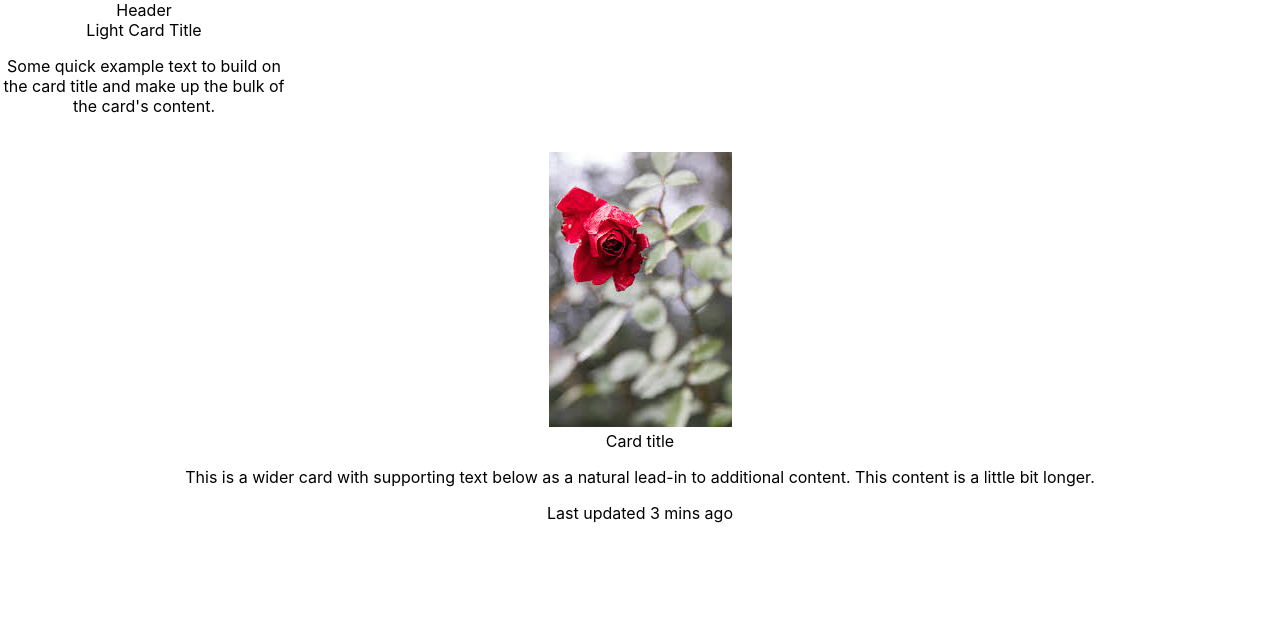
Repository: vakharia5/Preview
Page: /
The author's editor kept a copy of each file at every save. The page is drawn from the files as they stood at one save, then again after the next save.
The browser window is 1280 px wide. The pictures show the whole page.
The project was rebuilt for these pictures with package versions that can differ from the ones it lists, and the page was loaded fresh each time.

Above is the page before, as saved 2020-06-22 13:06:18.

After the next save:
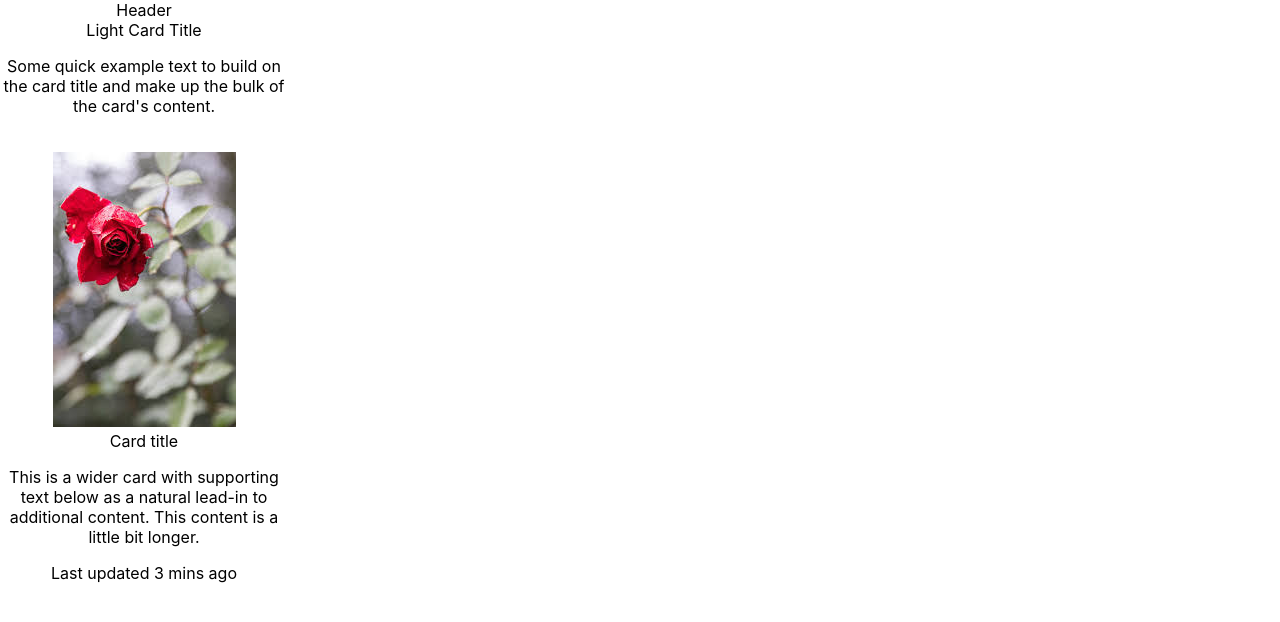
Saved 13 s later.
--- a/src/components/CardList.js
+++ b/src/components/CardList.js
@@ -19,7 +19,7 @@ class CardList extends Component {
           </Card.Body>
         </Card>
         <br />
-        <Card className="bg-dark text-white">
+        <Card className="bg-dark text-white" style={{ width: '18rem' }}>
   <Card.Img src={img} alt="Card image" />
   <Card.ImgOverlay>
     <Card.Title>Card title</Card.Title>
